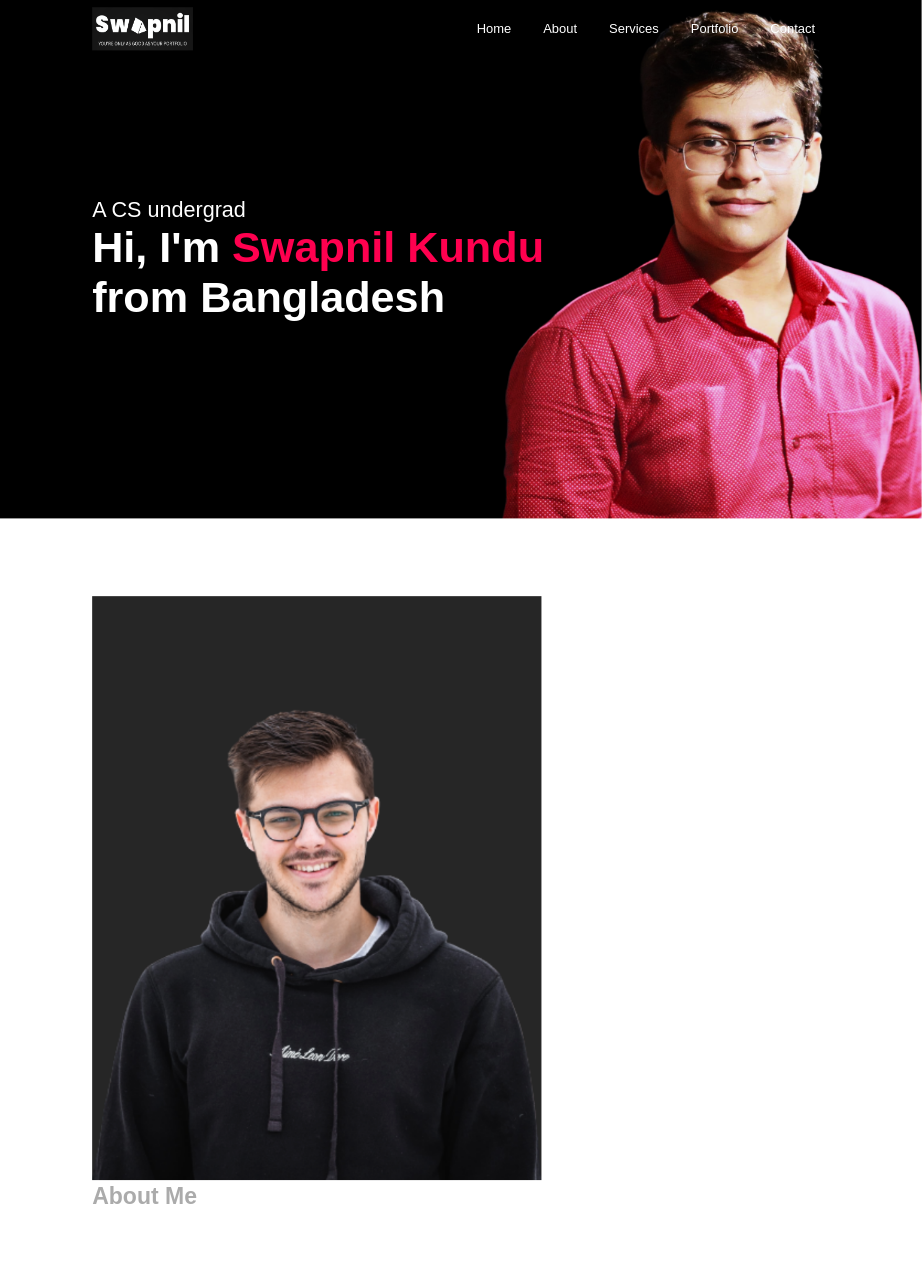
Repository: SwapnilKundu/portfolio
Page: index.html
An editor plug-in stored every save of this project. The page is shown before and after the next save, followed by the edit.
The browser window is 1280 px wide. The pictures show the whole page, at 72% of full size.

Above is the page before, as saved 2024-01-19 10:21:46.

After the next save:
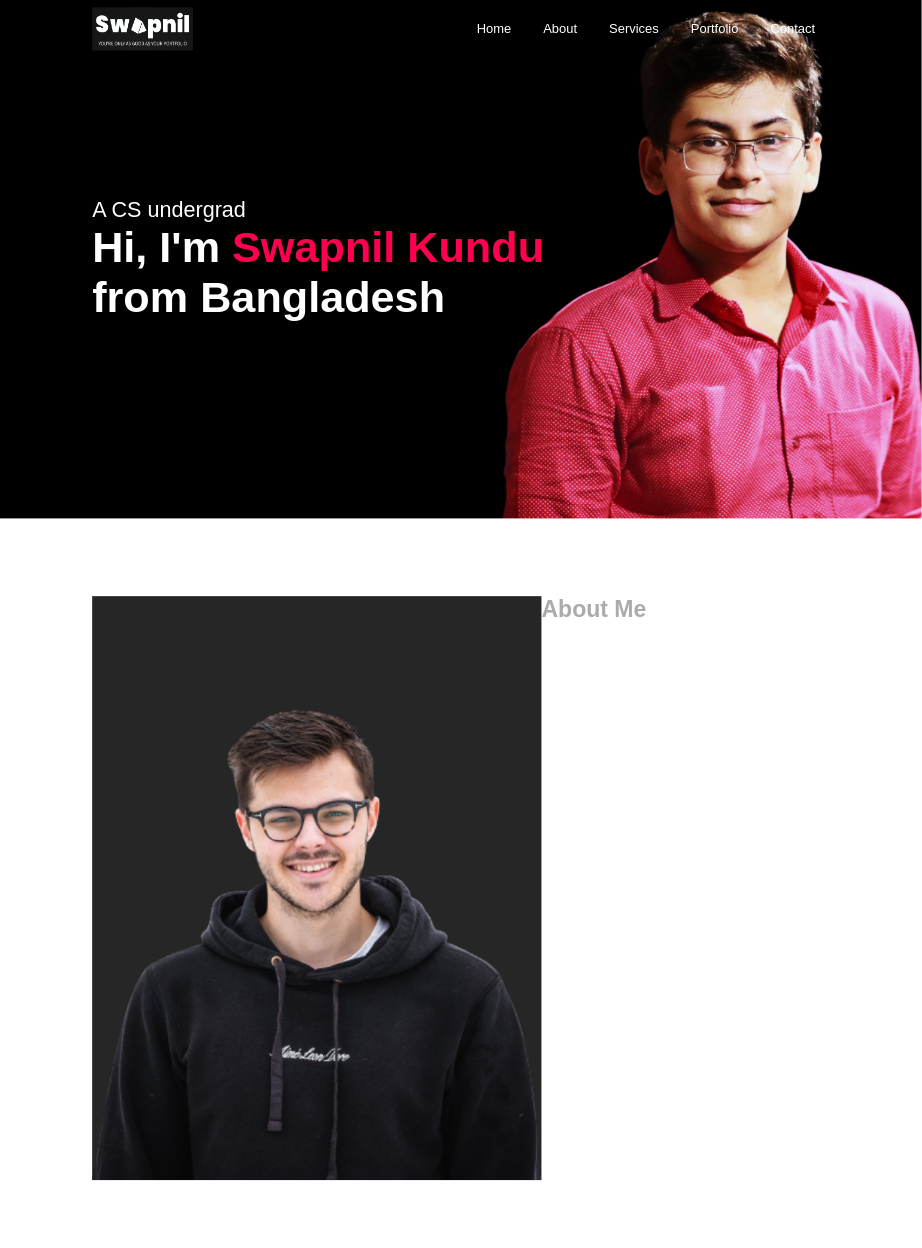
Saved 4 s later.
--- a/style.css
+++ b/style.css
@@ -85,5 +85,5 @@ nav ul li a:hover::after
 }
 .row
 {
-    display
+    display: flex;
 }
